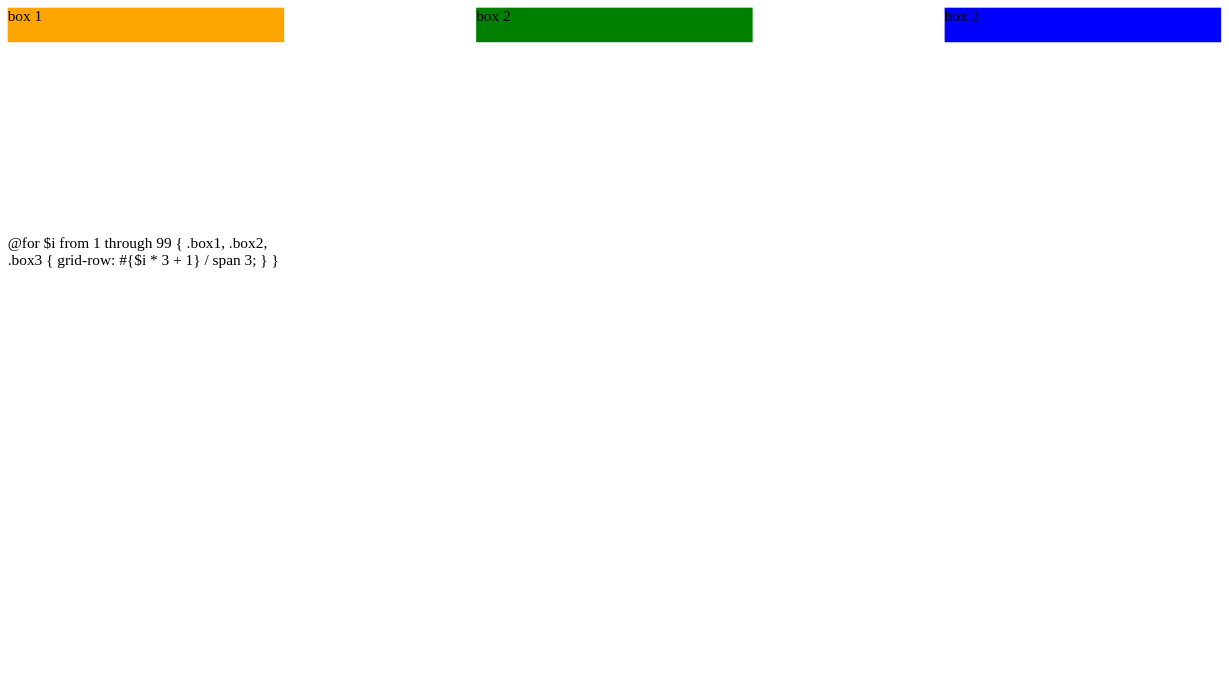
Repository: tianjiewang2022/tianjiewang2022.github.io
Page: index.html
These files come from the project's save history. The page is drawn as it stood at one moment and after the next save; the edit follows.
The browser window is 1280 px wide. The pictures show the whole page, at 96% of full size.

Above is the page before, as saved 2023-10-01 21:42:39.

### index.html
<html>

    <head>
        <style>
            .grid-container {
                display: grid;
                grid-template-areas:
                    "box1 box2 box3 "
                ;
                grid-template-columns: 1fr 1fr 1fr;
                grid-auto-rows: 1fr;
                grid-gap: 200px;
            }

            .box1 {
                background-color: orange;
                grid-column: 1/span 3;
                grid-area: box1;
            }

            .box2 {
                background-color: green;
                grid-row: 1/span 3;
                grid-area: box2;

            }

            .box3 {
                grid-area: box3;
                background-color: blue;
            }
        </style>

    </head>

    <body>

        <div class="container">

        </div>

        <div class="grid-container">
            <span class="box1">
                box 1
            </span>
            <span class="box2">
                box 2
            </span>
            <span class="box3">
                box 3
            </span>
            @for $i from 1 through 99 {
            .box1, .box2, .box3 {
            grid-row: #{$i * 3 + 1} / span 3;
            }
            }



        </div>


    </body>

</html>

After the next save:
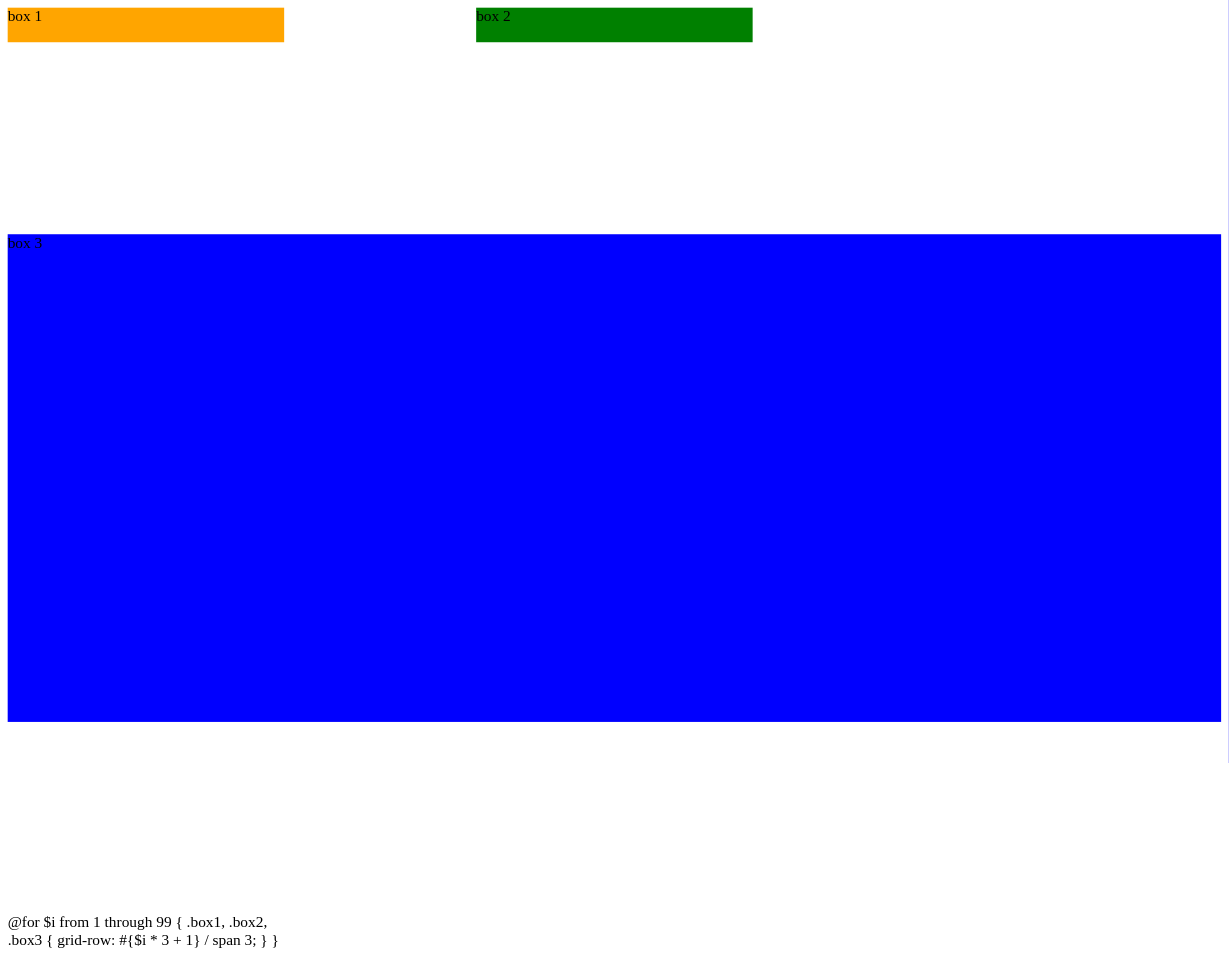
Saved 21 s later.
--- a/index.html
+++ b/index.html
@@ -28,6 +28,10 @@
             .box3 {
                 grid-area: box3;
                 background-color: blue;
+                grid-column: span 3;
+                /* Span 3 columns */
+                grid-row: span 3;
+                /* Span 3 rows */
             }
         </style>
 
